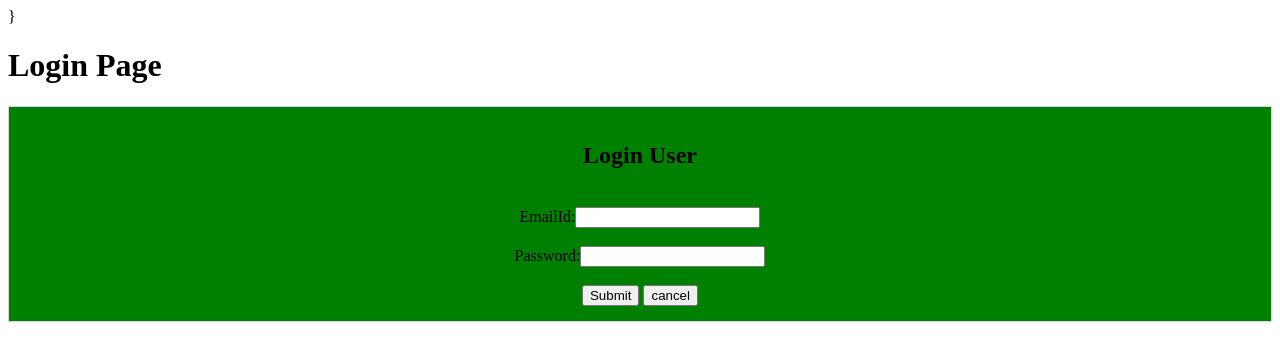
Repository: ashwinipatil321/ServletPrograms
Page: http://localhost/loginAndRegisterServlet/login.jsp
An editor plug-in stored every save of this project. The page is shown before and after the next save, followed by the edit.
The browser window is 1280 px wide. The pictures show the whole page.
The page is served by Tomcat 9.

Above is the page before, as saved 2017-11-06 11:56:47.

After the next save:
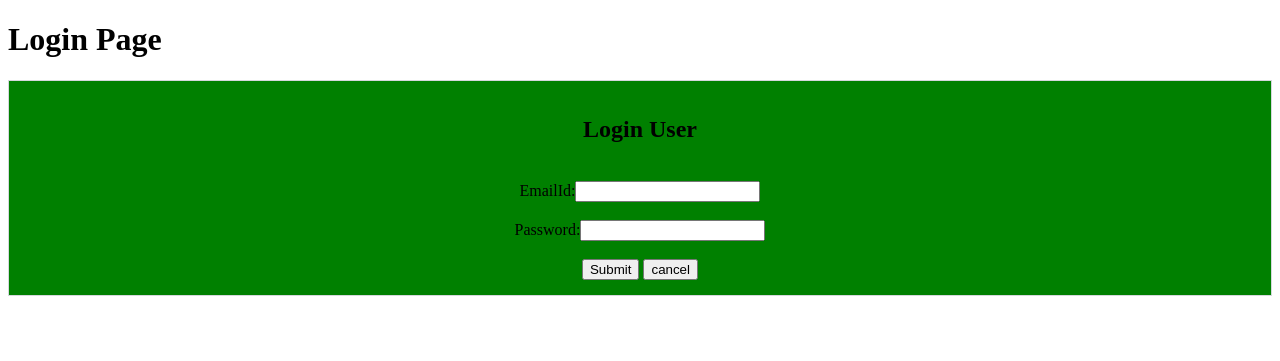
Saved 17 s later.
--- a/loginAndRegisterServlet/WebContent/login.jsp
+++ b/loginAndRegisterServlet/WebContent/login.jsp
@@ -10,8 +10,7 @@ center{
 border:1px solid #D5D8DC;
 padding:15px;
 margin:auto;
-background-color: green;}
-</style>
+background-color: green;
 }
 </style>
 </head>
